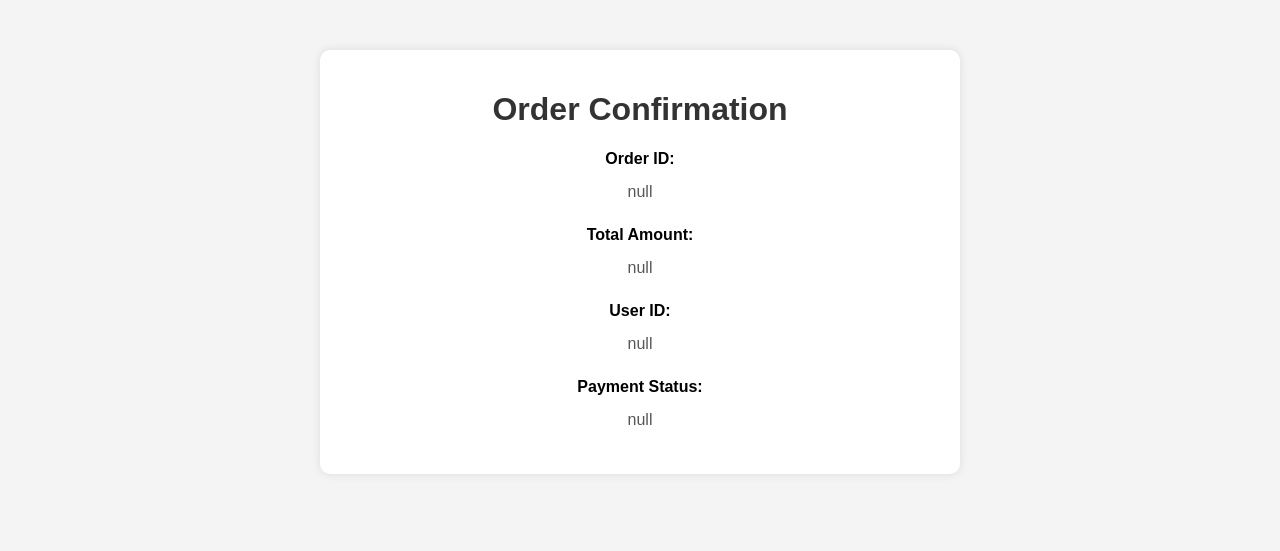
Repository: SWATHIBHUMA/FoodDelivaryApp
Page: http://localhost/FoodDelivaryApp/orderConfirmation.jsp
An editor plug-in stored every save of this project. The page is shown before and after the next save, followed by the edit.
The browser window is 1280 px wide. The pictures show the whole page.
The page is served by Tomcat 9. Other server files are loaded and not shown.

Above is the page before, as saved 2024-01-16 07:21:43.

### FoodDelivaryApp/src/main/webapp/orderConfirmation.jsp
<%@ page language="java" contentType="text/html; charset=UTF-8" pageEncoding="UTF-8"%>
<%@ page import="java.util.Objects" %>
<%@ page import="javax.servlet.http.HttpSession" %>

<%
    //HttpSession session = request.getSession();

    // Retrieve details from the session
    Integer orderId = (Integer) session.getAttribute("orderId");
    Integer totalAmount = (Integer) session.getAttribute("totalAmount");
    Integer userId = (Integer) session.getAttribute("userId");
    String paymentStatus = (String) session.getAttribute("paymentStatus");
%>

<!DOCTYPE html>
<html lang="en">
<head>
    <meta charset="UTF-8">
    <meta name="viewport" content="width=device-width, initial-scale=1.0">
    <style>
        body {
            font-family: 'Arial', sans-serif;
            background-color: #f4f4f4;
            text-align: center;
            margin: 0;
            padding: 0;
        }

        .container {
            max-width: 600px;
            margin: 50px auto;
            background-color: #fff;
            border-radius: 10px;
            box-shadow: 0 0 10px rgba(0, 0, 0, 0.1);
            padding: 20px;
        }

        h1 {
            color: #333;
        }

        p {
            color: #555;
            margin: 10px 0;
        }

        .form-group {
            display: flex;
            flex-direction: column;
            margin-bottom: 15px;
        }

        .form-label {
            font-weight: bold;
            margin-bottom: 5px;
        }

        .form-input {
            padding: 10px;
            font-size: 16px;
            border: 1px solid #ccc;
            border-radius: 5px;
        }

        .form-button {
            background-color: #007bff;
            color: #fff;
            padding: 10px;
            font-size: 16px;
            border: none;
            border-radius: 5px;
            cursor: pointer;
        }
    </style>
    <title>Order Confirmation</title>
</head>
<body>
    <div class="container">
        <h1>Order Confirmation</h1>

        <div class="form-group">
            <label class="form-label">Order ID:</label>
            <p><%= orderId %></p>
        </div>

        <div class="form-group">
            <label class="form-label">Total Amount:</label>
            <p><%= totalAmount %></p>
        </div>

        <div class="form-group">
            <label class="form-label">User ID:</label>
            <p><%= userId %></p>
        </div>

        <div class="form-group">
            <label class="form-label">Payment Status:</label>
            <p><%= paymentStatus %></p>
        </div>

        <!-- Include additional content or form elements as needed -->

    </div>
</body>
</html>

After the next save:
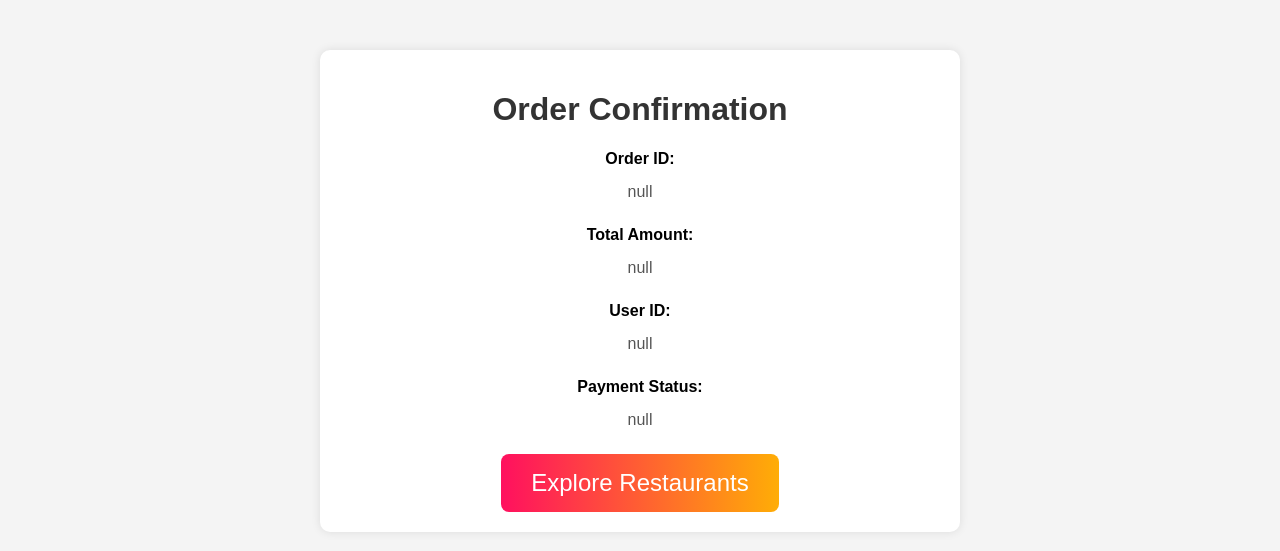
Saved 3 min 28 s later.
--- a/FoodDelivaryApp/src/main/webapp/orderConfirmation.jsp
+++ b/FoodDelivaryApp/src/main/webapp/orderConfirmation.jsp
@@ -71,6 +71,34 @@
             border-radius: 5px;
             cursor: pointer;
         }
+
+        .container-1{
+        	display: inline-block;
+        }
+
+        button {
+			background: linear-gradient(to right, #ff105f,#ffad06);
+			/* Dark orange button color */
+			color: #ffffff;
+			/* White button text color */
+			padding: 15px 30px;
+			font-size: 24px;
+			/* Increased font size */
+			border: none;
+			border-radius: 8px;
+			cursor: pointer;
+			transition: background-color 0.3s ease, transform 0.3s ease;
+			outline: none;
+			/* Remove default focus outline */
+		}
+
+		button:hover {
+			background-color: #d35400;
+			transform: scale(1.1);
+			/* Darker orange on hover */
+		}
+
+
     </style>
     <title>Order Confirmation</title>
 </head>
@@ -98,8 +126,9 @@
             <p><%= paymentStatus %></p>
         </div>
 
-        <!-- Include additional content or form elements as needed -->
-
+		<div class="container-1">
+        	<button onclick="window.location.href='<%= request.getContextPath() %>/Restaurents'">Explore Restaurants</button>
+		</div>
     </div>
 </body>
 </html>
